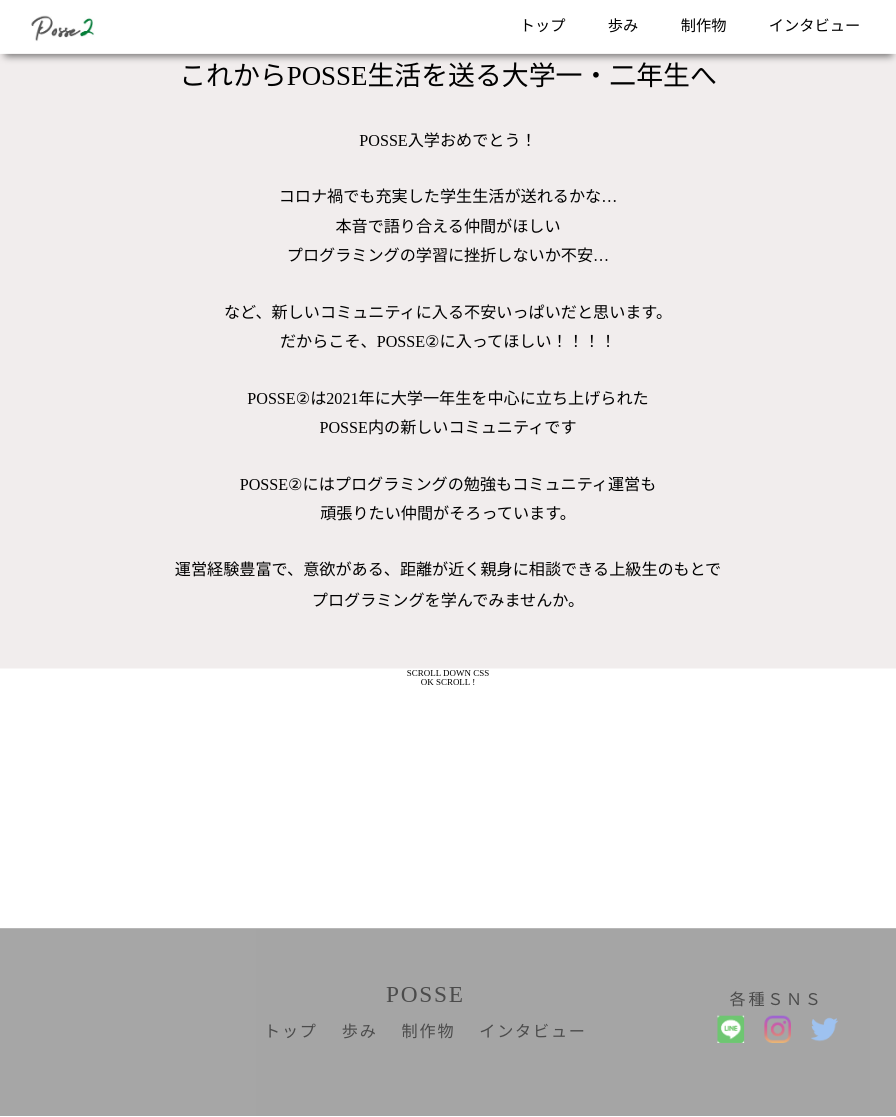
Repository: posse-ap/posse2-hackathon-202202-team2A
Page: topPage/index.html
The author's editor kept a copy of each file at every save. The page is drawn from the files as they stood at one save, then again after the next save.
The browser window is 1280 px wide. The pictures show the part of the page from y = 0 to 1920 px (the page is 1595 px tall before and 2698 px after), at 70% of full size.
Some web libraries are served in a nearby version.

Above is the page before, as saved 2022-02-15 03:22:17.

### topPage/index.html
<!DOCTYPE html>
<html lang="en">

<head>
    <meta charset="UTF-8" />
    <meta http-equiv="X-UA-Compatible" content="IE=edge" />
    <meta name="viewport" content="width=device-width, initial-scale=1.0" />
    <title>Document</title>
    <link rel="stylesheet" href="/reset.css" />
    <link rel="stylesheet" href="/topPage/style.css" />
</head>

<body>
    <!-- <header id="header" class="header">
        <div class="header_content">
            <div class="header_title">
                <img src="/topPage images/S__31211608.jpg" alt="" class="header_title_img">
            </div>
            <div class="header_links">
                <ul>
                    <li><a href="">トップページ</a></li>
                    <li><a href="">活動記録</a></li>
                    <li><a href="">日常の記録</a></li>
                    <li><a href="">保護者の方へ</a></li>
                </ul>
            </div>
        </div>
    </header> -->

    <header id="header" class="header">
        <div class="header_content">
            <div class="header_title">
                <img src="/topPage images/S__31211608.jpg" alt="" class="header_title_img">
            </div>
            <!-- ①サイトタイトル -->
            <div class="nav-wrapper header_links">
                <!-- ②ナビゲーションメニュー -->
                <nav class="header-nav">
                    <ul class="nav-list">
                        <li class="nav-item">
                            <a href="">トップ</a>
                        </li>
                        <li class="nav-item">
                            <a href="">歩み</a>
                        </li>
                        <li class="nav-item">
                            <a href="">制作物</a>
                        </li>
                        <li class="nav-item">
                            <a href="">インタビュー</a>
                        </li>
                    </ul>
                </nav>
            </div>
            <button class="burger-btn">
                <!-- ③ハンバーガーボタン -->
                <span class="bar bar_top"></span>
                <span class="bar bar_mid"></span>
                <span class="bar bar_bottom"></span>
            </button>
        </div>
    </header>

    <section class="section">
        <div>
            <h2>これからPOSSE生活を送る大学一・二年生へ</h2>
        <p>POSSE入学おめでとう！</p>
        <p>コロナ禍でも充実した学生生活が送れるかな…<br>
            本音で語り合える仲間がほしい<br>
            プログラミングの学習に挫折しないか不安…<br>
            </p>
        <p>など、新しいコミュニティに入る不安いっぱいだと思います。<br>
            だからこそ、POSSE②に入ってほしい！！！！
            </p>
        <p>POSSE②は2021年に大学一年生を中心に立ち上げられた<br>POSSE内の新しいコミュニティです</p>
        <p> POSSE②にはプログラミングの勉強もコミュニティ運営も<br>頑張りたい仲間がそろっています。</p>
        <p>運営経験豊富で、意欲がある、距離が近く親身に相談できる上級生のもとで<br>プログラミングを学んでみませんか。</p>
        </div>
    </section>

    <section>
        <p>SCROLL DOWN CSS</p>
        <a href="#" class="scroll-down" address="true"></a>
        </section>
        <section class="ok">
        <p>OK SCROLL !</p>
    </section>


    <footer class="footer">
        <div class='footer_box'>
            <div class="footer_box1">
                <div class='footer_official_box'>
                    <label for="logo"><p>POSSE</p></label>
                    <!-- <a id='logo'  href="https://posse.anti-pattern.co.jp/"><img class='posse_logo_footer' src="img\posseLogo.png" alt="ポッセロゴ"></a> -->
                </div>
                <div class='footer_other_box'>
                    <div class='footer_page_in_site'>
                        <a href="">トップ</a>
                        <a href="">歩み</a>
                        <a href="">制作物</a>
                        <a href="">インタビュー</a>
                    </div>
                </div>
            </div>
            <div class='SNS'>
                <p>各種ＳＮＳ</p>
                <div class='SNS_box'>
                    <a href=""><img src="/topPage images/LINE.png" alt=""></a>
                    <a href="https://instagram.com/posse_programming?utm_medium=copy_link"><img src="/topPage images/instagram2.png" alt="instagram"></a>
                    <a href="https://twitter.com/posse_program?s=20"><img src="/topPage images/twitter2.png" alt="twitter"></a>
                </div>
            </div>
        </div>
    </footer>

    <script src="//ajax.googleapis.com/ajax/libs/jquery/1.10.2/jquery.min.js"></script>
    <script src="https://ajax.googleapis.com/ajax/libs/jquery/3.6.0/jquery.min.js"></script>
    <script src="/topPage/script.js"></script>
</body>

</html>

### topPage/style.css
html {
    font-size: 1vw;
}

body {
    text-align: center;
    margin: 0 auto;
    font-family: "ヒラギノ丸ゴ Pro W4", "ヒラギノ丸ゴ Pro", "Hiragino Maru Gothic Pro", "ヒラギノ角ゴ Pro W3", "Hiragino Kaku Gothic Pro", "HG丸ｺﾞｼｯｸM-PRO", "HGMaruGothicMPRO";
}

.header_content {
    width: 95%;
    height: 90%;
    display: flex;
    justify-content: space-between;
    opacity: 1;
    margin: 0 6rem 0.3rem 1rem;
}

.header_title {
    display: flex;
}

.header_title_img {
    display: block;
    width: 12rem;
    height: 4rem;
    opacity: 1;
}



.header_links {
    width: 40%;
    padding: 1rem 0 0 0;
}

.header_links ul {
    display: flex;
    justify-content: space-between;
}

.header_links li a {
    display: block;
    color: black;
    text-decoration: none;
    font-size: 1.7rem;
}

.header_links li a:hover {
    opacity: 0.4;
    transform: translate(0, -5px);
}


.header {
    width: 100%;
    height: 6rem;
    background: white;
    position: fixed;
    top: 0;
    left: 0;
    padding-top: 1.1rem;
    box-sizing: border-box;
    z-index: 5;
    box-shadow: 0px 10px 10px -5px rgba(0, 0, 0, 0.5);
}

.SNS_box{
    width: 150%;
}


/* -------------------- */
/* header
  /* -------------------- */
/* .header {
    align-items: center;
    background-color: #1b1310;
    border-bottom: 1px solid #fff;
    color: #fff;
    display: flex;
    height: 74px;
    justify-content: space-between;
    padding: 0 120px;
} */

/* .nav-list {

    display: flex;
} */

/* .nav-item {

    margin-right: 55px;
} */

.burger-btn {
    display: none;
}

/* ------------------ */
/* fv
  /* ------------------ */
.fv {
    align-items: center;
    background-color: #141414;
    background-image: url(../img/fv-bgi@2x.jpg);
    background-position: center;
    background-size: cover;
    display: flex;
    flex-direction: column;
    height: 90vh;
    justify-content: center;
}

/* .main-copy {
    border: 2px solid #fff;
    color: #fff;
    font-size: 50px;
    font-weight: bold;
    padding: 34px 42px;
} */

/* ------------------ */
/* about
  /* ------------------ */
.section-title {
    font-size: 36px;
    font-weight: bold;
    letter-spacing: .05em;
    margin-bottom: 70px;
    text-align: center;
}

h3 {
    font-size: 2.4rem;
    font-weight: bold;
    letter-spacing: .1em;
    line-height: 2;
    margin-bottom: 40px;
}

.section-wrapper {
    padding: 100px 10% 50px;
}

@media screen and (min-width:541px) and (max-width:1024px) {
    .header{
        height: 10rem;
    }

    .header_content{
        padding-top: 2rem;
    }

    .header_title_img{
        width: 100%;
        height: 70%;
    }

    .header_links li a{
        font-size: 2.7rem;
        margin-top: 0;
    }

    .header_links{
        width: 50%;
    }
}

@media screen and (max-width:540px) {

    /* ----------------------- */
    /* base_sp
    /* ----------------------- */
    /* デフォルトのbuttonスタイルをリセット */
    button {
        -webkit-appearance: none;
        -moz-appearance: none;
        appearance: none;
        background: transparent;
        border: 0;
        border-radius: 0;
        color: inherit;
        cursor: pointer;
        font: inherit;
        margin: 0;
        outline: none;
        padding: 0;
        vertical-align: middle;
    }

    /* ------------------ */
    /* humberger-menu */
    /* ------------------ */
    .header {
        padding: 0;
        height: 15rem;
    }

    .header_title_img{
        margin-top: 2rem;
        width: 30rem;
        height: 10rem;
    }

    /* 以下、ハンバーガーボタン */
    .burger-btn {
        display: block;
        height: 22%;
        position: relative;
        width: 20%;
        z-index: 3;
        /* codepenの挙動のため */
        background-color: transparent;
        border: none;
        margin-top: 6rem;
    }



    .bar {
        background-color: black;
        display: block;
        height: 0.1rem;
        left: 50%;
        position: absolute;
        transform: translateX(-50%);
        width: 7rem;
    }

    .bar_top {
        top: 3rem;
    }

    .bar_mid {
        top: 50%;
        transform: translate(-50%, -50%);
    }

    .bar_bottom {
        bottom: 3rem;
    }

    .burger-btn.close{
        margin-top: 8.4rem;
    }

    .burger-btn.close .bar_top {
        transform: translate(-50%,-4.3rem) rotate(45deg);
        transition: transform .3s;
    }

    .burger-btn.close .bar_mid {
        opacity: 0;
        transition: opacity .3s;
    }

    .burger-btn.close .bar_bottom {
        transform: translate(-50%, -1rem) rotate(-45deg);
        transition: transform .3s;
    }

    /* スクロール制御 */
    .noscroll {
        overflow: hidden;
    }

    /* 以下、ハンバーガーメニュー */
    .nav-wrapper {
        visibility: hidden;
        height: 100vh;
        left: 0;
        position: fixed;
        top: 0;
        width: 100vw;
        opacity: 0;
        transition: opacity .5s;
        z-index: 2;
        /*キービジュアルと.btn_triggerとの重なりの前後関係を調整*/
    }

    .header-nav {
        background-color: white;
        height: 100%;
        width: 100%;
        z-index: 2;
    }

    .header_links ul{
        display: block;
    }

    .nav-list {
        display: block;
        left: 50%;
        position: absolute;
        text-align: center;
        top: 50%;
        transform: translate(-50%, -50%);
    }

    .nav-item {
        margin-bottom: 40px;
        margin-right: 0;
    }

    .header_links li a{
        font-size: 5rem;
    }

    /* メニューオープン時 */
    .nav-wrapper.fade {
        opacity: 1;
        visibility: visible;
    }

    /* ------------------ */
    /* fv */
    /* ------------------ */
    .main-copy {
        font-size: 30px;
    }

    /* ------------------ */
    /* about */
    /* ------------------ */
    h3 {
        font-size: 20px;
        margin-bottom: 30px;
    }

    .section-wrapper {
        padding: 100px 5% 50px;
    }
}

/* ふったー */
.footer {
    background-color: grey;
    opacity: 0.7;
}

.footer_box {
    width: 65%;
    height: 15rem;
    display: flex;
    justify-content: space-around;
    padding: 6rem 0 0 0;
    position: relative;
    right: -23%;
    margin-top: 27rem;
}

.footer_official_box label p {
    color: black;
    font-size: 2.6rem;
    letter-spacing: 0.2rem;
}

.footer_official_box label p:hover {
    opacity: 0.4;
    transform: translate(0, -5px);
}

.footer_page_in_site a {
    color: black;
    text-decoration: none;
    font-size: 1.8rem;
    letter-spacing: 0.2rem;
}

.footer_page_in_site a:hover {
    opacity: 0.4;
    transform: translate(0, -5px);
}

.SNS {
    width: 14%;
}

.SNS_box a {
    margin: 1rem;
}

.SNS_box a img {
    width: 3rem;
    height: 3rem;
}

.SNS_box a :hover {
    opacity: 0.4;
    transform: translate(0, -5px);
}

.SNS p {
    color: black;
    font-size: 1.8rem;
    margin: 1rem 0;
    margin-left: 6rem;
    letter-spacing: 0.3rem;
    white-space: nowrap;
}

/* .SNS p:hover {
    opacity: 0.4;
    transform: translate(0, -5px);
} */

.posse_logo_footer {
    width: 80%;
    height: 40%;
}

.footer_other_box {
    font-size: 1.5rem;
    letter-spacing: 0.3rem;
    margin: 2rem;
}

.footer_page_in_site a {
    margin: 0 1rem;
}

.SNS_box{width: 250%;}

@media screen and (min-width:541px) and (max-width:1024px) {
    .footer{
        height: 30rem;
    }

    .footer_official_box label p{
        font-size: 7rem;
    }

    .SNS p{
        display: block;
        margin-left: 0;
        margin: 3rem auto;
        font-size: 3rem;
        white-space: nowrap;
    }

    .footer_page_in_site a{
        font-size: 3rem;
    }

    .footer_box{
        width: 75%;
        display: block;
        right: -13%;
    }

    .SNS{
        margin: 0 auto;
        width: 100%;
    }

    .SNS_box{
        width: 100%;
    }


    .footer_official_box label p{
        font-size: 4rem;
    }

    .SNS_box a img {
        width: 5rem;
        height: 5rem;
    }
}


@media screen and (max-width:540px) {
    .footer_box {
        display: block;
        height: 20rem;
        margin:  20rem 0;
        right: -5%;
        width: 90%;
    }

    .footer_official_box label p{
        font-size: 10rem;
    }

    .footer_page_in_site a{
        font-size: 5rem;
        display: block;
    }

    .footer_page_in_site{
        display: block;
        line-height: 7rem;
    }

    .footer{
        height: 70rem;
    }

    .SNS{
        margin: 0 auto;
        width: 100%;
    }

    .SNS p{
        margin-left: 0;
        display: block;
        width: 50rem;
        margin: 3rem auto;
        font-size: 7rem;
        white-space: nowrap
    }

    .SNS_box{
        width: 100%;
    }

    .SNS_box a img {
        width: 7rem;
        height: 7rem;
    }
}

.section div {
    background-color: rgb(241, 237, 237);
    padding: 3rem;
}

.section div h2 {
    font-size: 3rem;
    margin: 4rem;
}

.section div p {
    font-size: 1.8rem;
    margin: 3rem;
    line-height: 3.3rem;
}

.section2 {
    padding: 7rem 0;
}

.highlight {
    background: linear-gradient(transparent 50%, #f6ff5f 80%);
}

### topPage/script.js
$('.burger-btn').on('click', function () {//.btn_triggerをクリックすると
    $('.burger-btn').toggleClass('close');//.btn_triggerにcloseクラスを付与(ボタンのアニメーション)
    $('.nav-wrapper').toggleClass('fade');//.nav-wrapperに
    $('body').toggleClass('noscroll');//bodyにnoscrollクラスを付与(スクロールを固定)
});

$(function () {
    var setImg = '#mainImg';
    var fadeSpeed = 1500;
    var switchDelay = 5000;

    $(setImg).children('img').css({ opacity: '0' });
    $(setImg + ' img:first').stop().animate({ opacity: '1', zIndex: '20' }, fadeSpeed);

    setInterval(function () {
        $(setImg + ' :first-child').animate({ opacity: '0' }, fadeSpeed).next('img').animate({ opacity: '1' }, fadeSpeed).end().appendTo(setImg);
    }, switchDelay);
});

$(function () {
    $('.scroll-down').click(function () {
        $('html, body').animate({ scrollTop: $('section.ok').offset().top }, 'slow');
        return false;
    });
});

Loaded but not shown: reset.css (common file)

After the next save:
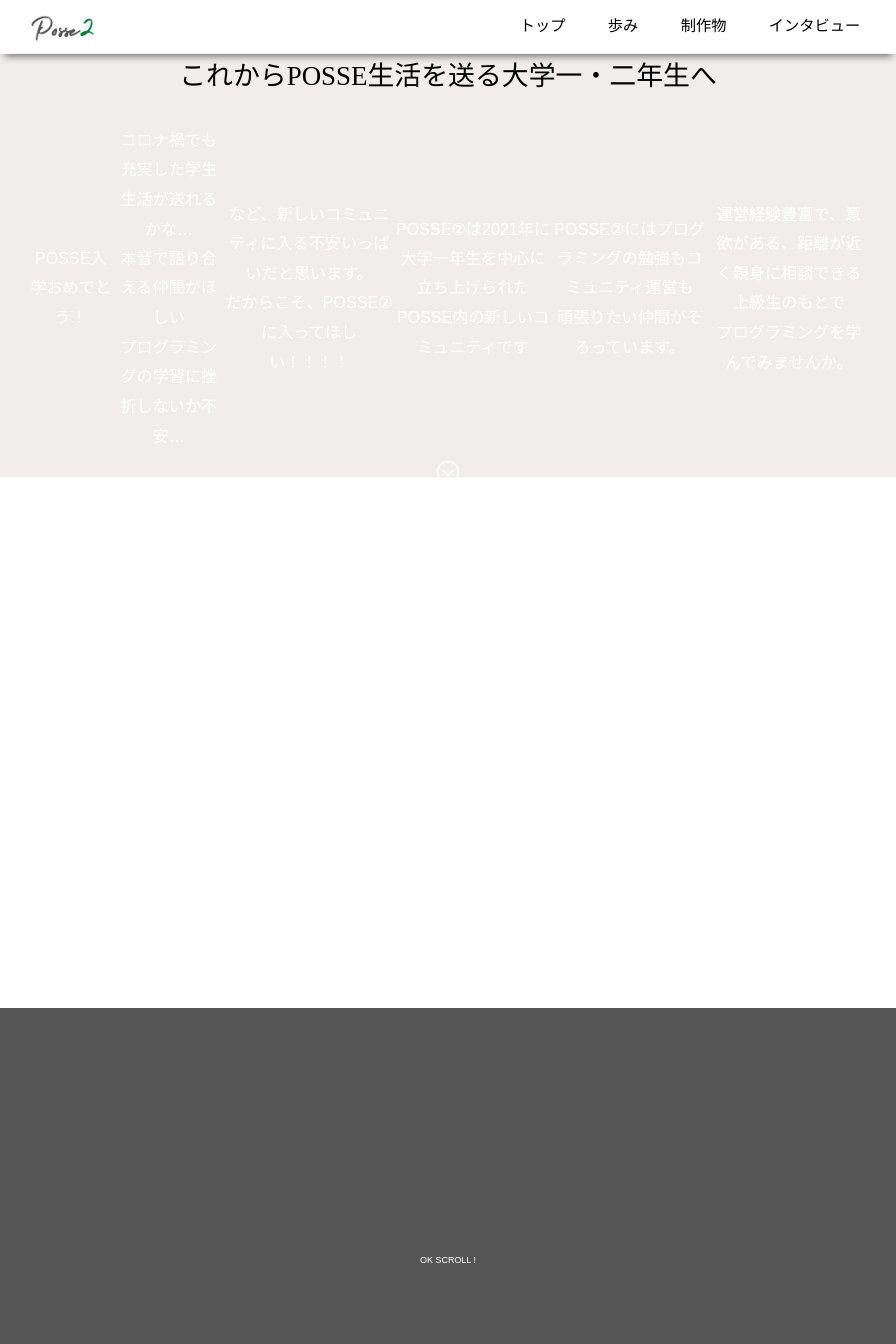
Saved 80 s later.
--- a/topPage/style.css
+++ b/topPage/style.css
@@ -547,3 +547,113 @@
 .highlight {
     background: linear-gradient(transparent 50%, #f6ff5f 80%);
 }
+
+*,
+:after,
+:before {
+    box-sizing: border-box;
+    margin: 0;
+    padding: 0;
+}
+
+section {
+    height: 100vh;
+    width: 100%;
+    display: table;
+
+}
+
+section.ok {
+    background-color: #555;
+}
+
+p {
+    color: white;
+    font-family: arial;
+    display: table-cell;
+    text-align: center;
+    vertical-align: middle;
+}
+
+.scroll-down {
+    opacity: 1;
+    -webkit-transition: all .5s ease-in 3s;
+    transition: all .5s ease-in 3s;
+}
+
+.scroll-down {
+    position: absolute;
+    bottom: 30px;
+    left: 50%;
+    margin-left: -16px;
+    display: block;
+    width: 32px;
+    height: 32px;
+    border: 2px solid #FFF;
+    background-size: 14px auto;
+    border-radius: 50%;
+    z-index: 2;
+    -webkit-animation: bounce 2s infinite 2s;
+    animation: bounce 2s infinite 2s;
+    -webkit-transition: all .2s ease-in;
+    transition: all .2s ease-in;
+    transform: scale(1)
+}
+
+.scroll-down:before {
+    position: absolute;
+    top: calc(50% - 8px);
+    left: calc(50% - 6px);
+    transform: rotate(-45deg);
+    display: block;
+    width: 12px;
+    height: 12px;
+    content: "";
+    border: 2px solid white;
+    border-width: 0px 0 2px 2px;
+}
+
+@keyframes bounce {
+
+    0%,
+    100%,
+    20%,
+    50%,
+    80% {
+        -webkit-transform: translateY(0);
+        -ms-transform: translateY(0);
+        transform: translateY(0);
+    }
+
+    40% {
+        -webkit-transform: translateY(-10px);
+        -ms-transform: translateY(-10px);
+        transform: translateY(-10px);
+    }
+
+    60% {
+        -webkit-transform: translateY(-5px);
+        -ms-transform: translateY(-5px);
+        transform: translateY(-5px);
+    }
+}
+
+.updown {
+    animation-name:updown1;   /* アニメーション名の指定 */
+    animation-delay:0s;   /* アニメーションの開始時間指定 */
+    animation-duration: 3s;   /* アニメーション動作時間の指定 */
+    animation-timing-function: ease-in-out;  /* アニメーションの動き指定（徐々に早く）*/
+    animation-iteration-count: infinite;
+}
+
+@keyframes updown1 {
+  0% {
+    transform: translateY(0);
+  }
+  50% {
+    transform: translateY(-20px);
+  }
+  100% {
+    transform: translateY(0);
+  }
+}

After the save that followed:
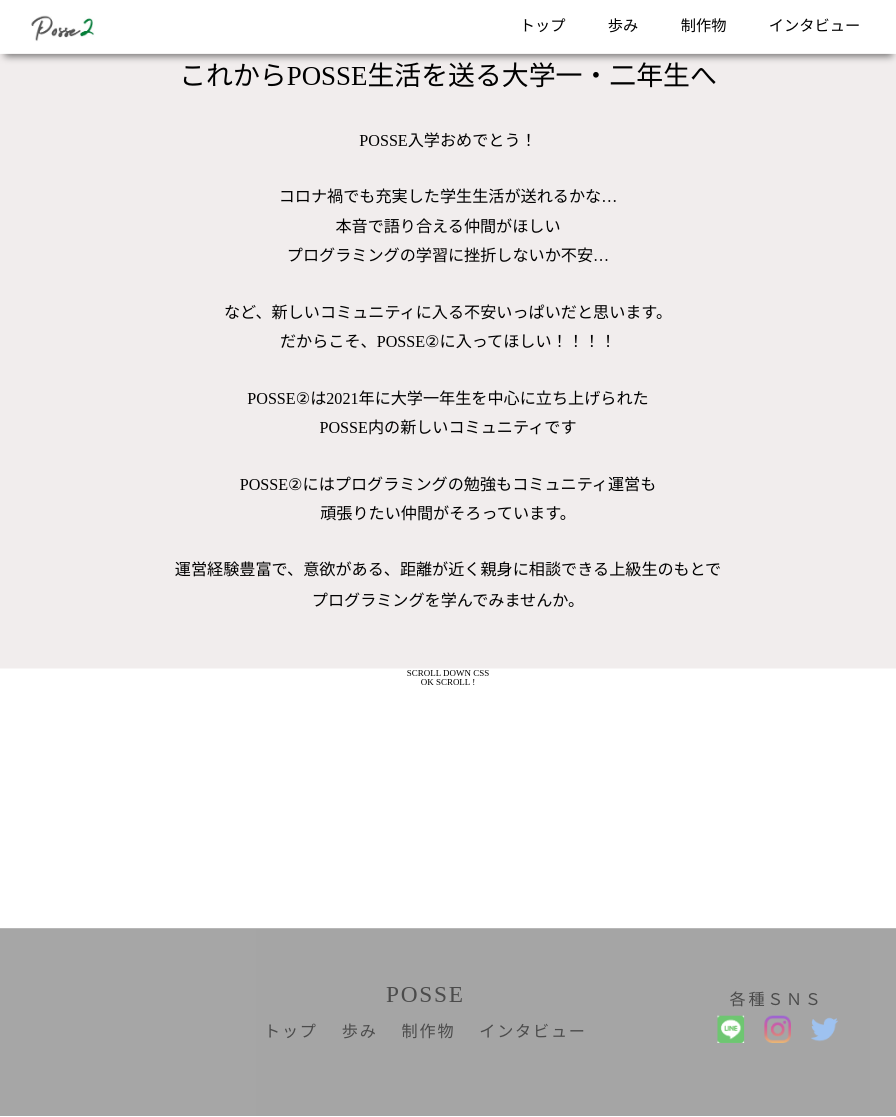
Saved 30 s later.
--- a/topPage/style.css
+++ b/topPage/style.css
@@ -547,113 +547,3 @@
 .highlight {
     background: linear-gradient(transparent 50%, #f6ff5f 80%);
 }
-
-*,
-:after,
-:before {
-    box-sizing: border-box;
-    margin: 0;
-    padding: 0;
-}
-
-section {
-    height: 100vh;
-    width: 100%;
-    display: table;
-
-}
-
-section.ok {
-    background-color: #555;
-}
-
-p {
-    color: white;
-    font-family: arial;
-    display: table-cell;
-    text-align: center;
-    vertical-align: middle;
-}
-
-.scroll-down {
-    opacity: 1;
-    -webkit-transition: all .5s ease-in 3s;
-    transition: all .5s ease-in 3s;
-}
-
-.scroll-down {
-    position: absolute;
-    bottom: 30px;
-    left: 50%;
-    margin-left: -16px;
-    display: block;
-    width: 32px;
-    height: 32px;
-    border: 2px solid #FFF;
-    background-size: 14px auto;
-    border-radius: 50%;
-    z-index: 2;
-    -webkit-animation: bounce 2s infinite 2s;
-    animation: bounce 2s infinite 2s;
-    -webkit-transition: all .2s ease-in;
-    transition: all .2s ease-in;
-    transform: scale(1)
-}
-
-.scroll-down:before {
-    position: absolute;
-    top: calc(50% - 8px);
-    left: calc(50% - 6px);
-    transform: rotate(-45deg);
-    display: block;
-    width: 12px;
-    height: 12px;
-    content: "";
-    border: 2px solid white;
-    border-width: 0px 0 2px 2px;
-}
-
-@keyframes bounce {
-
-    0%,
-    100%,
-    20%,
-    50%,
-    80% {
-        -webkit-transform: translateY(0);
-        -ms-transform: translateY(0);
-        transform: translateY(0);
-    }
-
-    40% {
-        -webkit-transform: translateY(-10px);
-        -ms-transform: translateY(-10px);
-        transform: translateY(-10px);
-    }
-
-    60% {
-        -webkit-transform: translateY(-5px);
-        -ms-transform: translateY(-5px);
-        transform: translateY(-5px);
-    }
-}
-
-.updown {
-    animation-name:updown1;   /* アニメーション名の指定 */
-    animation-delay:0s;   /* アニメーションの開始時間指定 */
-    animation-duration: 3s;   /* アニメーション動作時間の指定 */
-    animation-timing-function: ease-in-out;  /* アニメーションの動き指定（徐々に早く）*/
-    animation-iteration-count: infinite;
-}
-
-@keyframes updown1 {
-  0% {
-    transform: translateY(0);
-  }
-  50% {
-    transform: translateY(-20px);
-  }
-  100% {
-    transform: translateY(0);
-  }
-}
